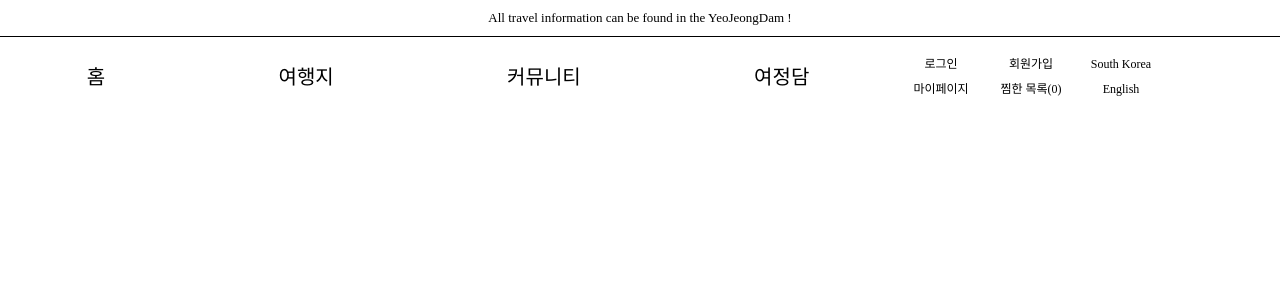
Repository: gaeunlee95/semi
Page: http://localhost/semi/main.jsp
These files come from the project's save history. The page is drawn as it stood at one moment and after the next save; the edit follows.
The browser window is 1280 px wide. The pictures show the whole page.
The page is served by Tomcat 9.

Above is the page before, as saved 2023-12-06 17:44:02.

### semi/src/main/webapp/main.jsp
<%@ page language="java" contentType="text/html; charset=UTF-8"
    pageEncoding="UTF-8"%>
<!DOCTYPE html>
<html>
<head>
<meta charset="UTF-8">
<title>메인 페이지</title>
<link rel="stylesheet" href="resources/css/style.css">
<style>
/* *{
	color: blue;
} */
</style>
</head>
<body>
	<jsp:include page="header.jsp" />
</body>
</html>

### semi/src/main/webapp/header.jsp
<%@ page language="java" contentType="text/html; charset=UTF-8"
    pageEncoding="UTF-8"%>
<%@ taglib uri="http://java.sun.com/jsp/jstl/core" prefix="c" %>
<header>
	<div id = "header">
		<div id="welcome">
			<p>All travel information can be found in the YeoJeongDam !</p>
		</div>
		<nav>
		<div id="menu">
			<div id="mainMenu">
				<ul>
					<li><a href="#">홈</a></li>
					<li><a href="#">여행지</a></li>
					<li><a href="#">커뮤니티</a></li>
					<li><a href="#">여정담</a></li>
				</ul>
			</div>
			<div id="sideMenu">
				<ul id="sideMenu_1">
					<li><a href="#">로그인</a></li>
					<li><a href="#">회원가입</a></li>
					<li><a href="#">South Korea</a></li>
				</ul>
				<ul id="sideMenu_2">
					<li><a href="#">마이페이지</a></li>
					<li><a href="#">찜한 목록(0)</a></li>
					<li><a href="#">English</a></li> <!-- 스크롤로 언어(영어/한국) 선택 -->
				</ul>
			</div>
		</div>
		</nav>
	</div>





  <%-- <nav>
  <c:choose>
    <c:when test="${empty sessionId}">
	    <ul id="topMenu">
	  	  <li><a href="/loginform.do">로그인</a></li>
	  	  <li><a href="/joinform.do">회원가입</a></li>
	  	  <li><a href="/boardlist.do">게시판</a></li>
	  	  <li><a href="/memberlist.do">회원목록</a></li>
	  	</ul>
    </c:when>
    <c:otherwise>
    	<ul id="topMenu">
	  	  <li><a href="/logout.do">(${sessionId}님)로그아웃</a></li>
	  	  <li><a href="/memberview.do?id=${sessionId}">나의 정보</a></li>
	  	  <li><a href="/boardlist.do">게시판</a></li>
	  	  <li><a href="/memberlist.do">회원 목록</a></li>
	  	</ul>
    </c:otherwise>
   </c:choose>
  </nav> --%>
</header>

### semi/src/main/webapp/resources/css/style.css
@charset "UTF-8";
/* 공통 스타일 */
*{margin: 0; padding: 0;}
#container{width: 1024px; margin: 30px auto 100px;}
ul li{list-style: none;}
a{text-decoration: none; color: black;}

/* header 스타일 */
header{
	/*width : 1024px;*/
	width: 100%;
	margin : 0 auto;
}
header #welcome{
	text-align: center;
	border-bottom: 1px solid black;
}
header #welcome p{
	padding: 10px 0;
	font-size: 13px;
}
header #menu{
	width: 100%;
}
header nav div{	/*각 mainMenu, sideMenu div에 float를 주어 가로정렬*/ /*nav에 float 주면 가로정렬 되지 않음*/
	float: left;
}
header #mainMenu{
	/*width: 700px;*/
	width: 70%;
	line-height: 80px;
}
header #mainMenu ul{
	display: flex;
	justify-content: space-around;
}
header #mainMenu li{
	font-size: 20px;
	color: black;
}
header #sideMenu{
	width: 30%;
}
header #sideMenu ul{
	line-height: 25px;
	display: flex;
}
header #sideMenu li{
	font-size: 12px;
	width: 90px;
}
header #sideMenu li a{
	display:flex;
	justify-content: center;
}
header #sideMenu #sideMenu_1 a{
	padding-top: 15px;
}
header #sideMenu #sideMenu_2 a{
	padding-bottom: 15px;
}

/* mainMenu의 경우, li 사이에 동일한 간격을 주기위해 padding 사용 */
/* sideMenu의 경우, padding으로 간격을 줄 시 아래위 li의 위치가 달라짐. 이에 li에 width와 flex요소를 주어 가운데 정렬 시킴 */

/* 구현 1 */
/* 헤더의 width 1024px에서 줄어들 경우, 각 li 사이의 거리 가까워짐*/

/* 구현 2 */
/* mainMenu의 각 li에 마우스 올릴 시, 전체 하위 카테고리 나옴 + 헤더부분의 배경색 변경됨 */
/* mainMenu의 각 li에 마우스 올릴 시, li에 italic, 밑줄표시 */
/* 하단 카테고리 선택 시, 연한 색상 -> 진한 색상으로 변경, italic, 밑줄표시*/

After the next save:
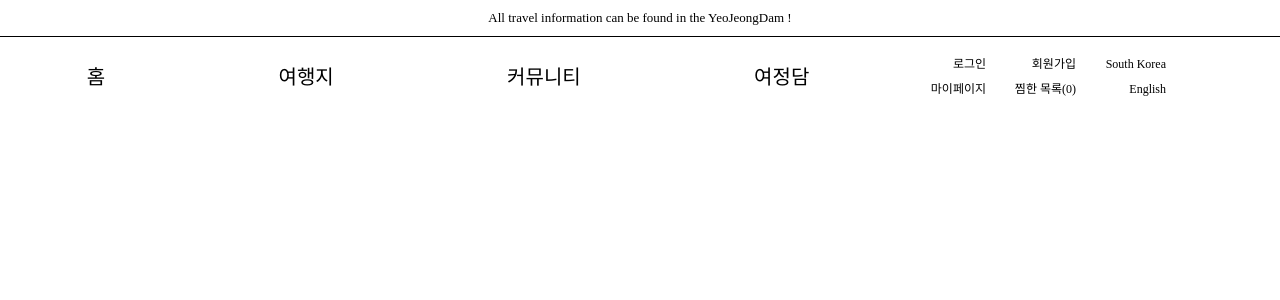
Saved 2 min 51 s later.
--- a/semi/src/main/webapp/resources/css/style.css
+++ b/semi/src/main/webapp/resources/css/style.css
@@ -51,7 +51,7 @@
 }
 header #sideMenu li a{
 	display:flex;
-	justify-content: center;
+	justify-content: flex-end;
 }
 header #sideMenu #sideMenu_1 a{
 	padding-top: 15px;

After the 2 saves that followed:
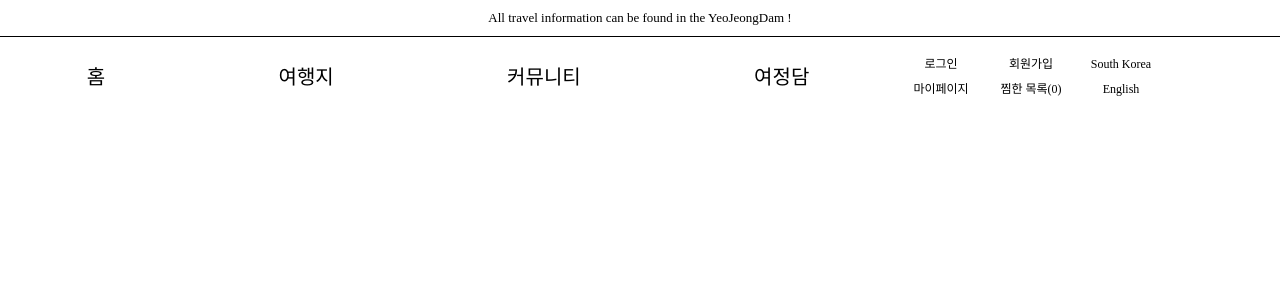
The 2 saves are shown as one change because 1 left the picture as it was.
The last was saved 107 s later.
--- a/semi/src/main/webapp/resources/css/style.css
+++ b/semi/src/main/webapp/resources/css/style.css
@@ -39,7 +39,7 @@
 	color: black;
 }
 header #sideMenu{
-	width: 30%;
+	width: 270px;
 }
 header #sideMenu ul{
 	line-height: 25px;
@@ -51,7 +51,7 @@
 }
 header #sideMenu li a{
 	display:flex;
-	justify-content: flex-end;
+	justify-content: center;
 }
 header #sideMenu #sideMenu_1 a{
 	padding-top: 15px;
